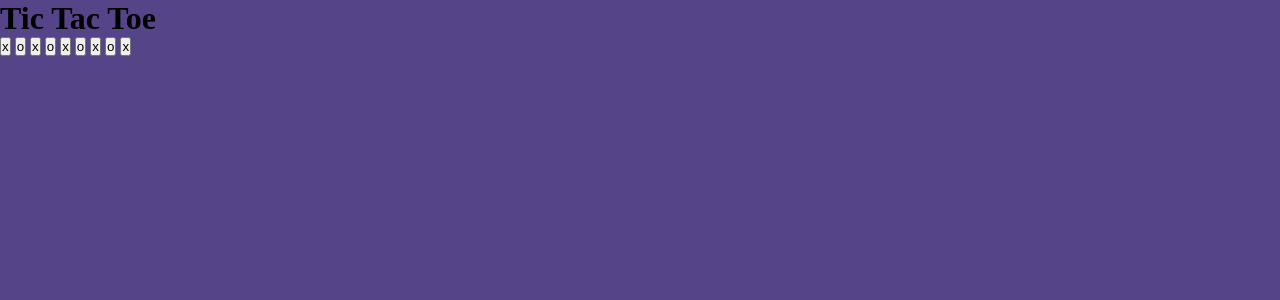
Repository: Mohitkumar1322/FrontendPracticee
Page: TicTacToeProject/index.html
These files come from the project's save history. The page is drawn as it stood at one moment and after a run of saves; the edit follows.
The browser window is 1280 px wide. The pictures show the whole page.

Above is the page before, as saved 2025-07-21 18:42:07.

### TicTacToeProject/index.html
<!DOCTYPE html>
<html lang="en">
<head>
    <meta charset="UTF-8">
    <meta name="viewport" content="width=device-width, initial-scale=1.0">
    <title>Tic Tac Toe</title>
    <link rel="stylesheet" href="style.css">
</head>
<body>
    <h1>Tic Tac Toe</h1>
<div class="container">
    <div class="game">
        <button class="box">x</button>
        <button class="box">o</button>
        <button class="box">x</button>
        <button class="box">o</button>
        <button class="box">x</button>
        <button class="box">o</button>
        <button class="box">x</button>

        <button class="box">o</button>
        <button class="box">x</button>

    </div>
</div>
    <script src="script.js"></script>
</body>
</html>

### TicTacToeProject/style.css
*{
    margin: 0;
    padding: 0;
    box-sizing: border-box;
}
body{
    background-color: #548;
}

Loaded but not shown: TicTacToeProject/script.js (no stored copy; drawn as an empty file)

After the next 2 saves:
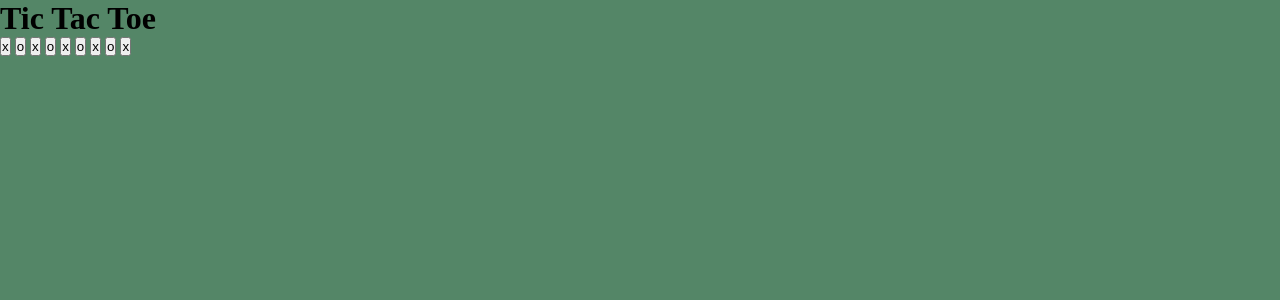
The 2 saves are shown as one change because they came seconds apart.
The last was saved 37 s later.
--- a/TicTacToeProject/style.css
+++ b/TicTacToeProject/style.css
@@ -4,5 +4,5 @@
     box-sizing: border-box;
 }
 body{
-    background-color: #548;
+    background-color: #548667;
 }
